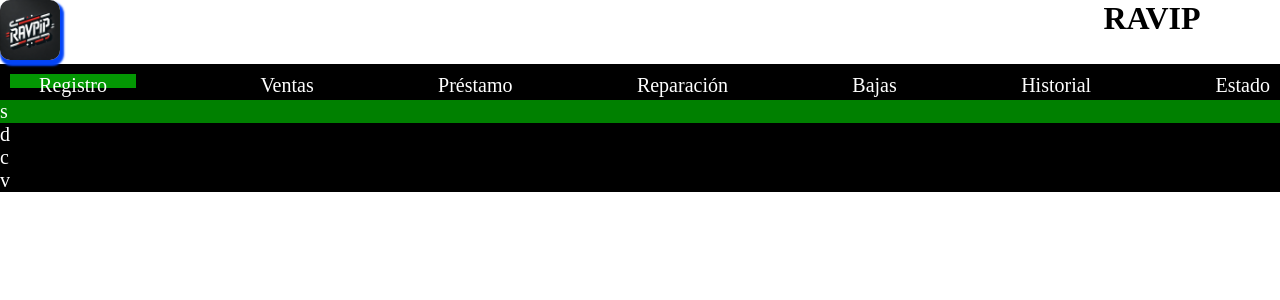
Repository: ye909/RAVPIP
Page: index.html
An editor plug-in stored every save of this project. The page is shown before and after the next save, followed by the edit.
The browser window is 1280 px wide. The pictures show the whole page.
The pointer rests on the first visible `li`.

Above is the page before, as saved 2025-04-03 12:40:46.

### index.html
<!DOCTYPE html>
<html lang="es">
<head>
    <meta charset="UTF-8">
    <meta name="viewport" content="width=device-width, initial-scale=1.0">
    <title>Estado</title>
    <link rel="stylesheet" href="./src/css/heder.css">
</head>
<body>

    <div class="containerTituloLogo">
        <div><img src="./src/imagenes/logo2.webp" alt="Logo" class="imglogo"></div>
        <h1>RAVIP</h1>

    </div>
    <nav>
        <ul>
            <li><a href="./src/templei/registroPortatil.html" target="_self" aria-label="Abrir Registro">Registro</a></li>
            <li><a href="./src/templei/ventasPortatil.html" target="_self" aria-label="Abrir Ventas">Ventas</a></li>
            <li><a href="./src/templei/prestamoPortatil.html" target="_self" aria-label="Abrir >Préstamo">Préstamo</a></li>
            <li><a href="./src/templei/reparacionPortatil.html" target="_self" aria-label="Abrir Reparación">Reparación</a></li>
            <li><a href="./src/templei/bajasPortatil.html" target="_self" aria-label="Abrir Bajas">Bajas</a></li>
            <li><a href="./src/templei/historial.html" target="_self" aria-label="Abrir Historial">Historial</a></li>
            <li><a href="" id="itemEstado"target="_self" aria-label="Abrir Estado">Estado</a></li>
        </ul>
    </nav>

       <aside>
        <div class="cajaverde">s</div>
       <div class="colormenu">
        <div>d</div>
        <div>c</div>
        <div></div>
        <div>v</div>
       </div>
       </aside>
       <section>

       </section>
<!--


    <div class="containerProgreso" id="containerProgreso">
        <div class="subcontainerProgreso"><p id="contadorProgreso1"><span class="tituloProceso">Historial</span> <br> 0%</p></div>
        <div class="subcontainerProgreso"><p id="contadorProgreso2"><span class="tituloProceso">Reparado</span> <br> 0%</p></div>
        <div class="subcontainerProgreso"><p id="contadorProgreso3"><span class="tituloProceso">Nuevo</span> <br> 0%</p></div>
        <div class="subcontainerProgreso"><p id="contadorProgreso4"><span class="tituloProceso">Disponible</span> <br> 0%</p></div>
        <div class="subcontainerProgreso"><p id="contadorProgreso5"><span class="tituloProceso">Stock</span> <br> 0%</p></div>
    </div>

    <div>
        <aside>
<div>color verde</div>

        </aside>
    </div> -->
    <script src="./src/js/heder.js"></script>
</body>
</html>

### src/css/heder.css
*{
  margin: 0;
  padding: 0;
  background-attachment: fixed;
  background-size: cover;
}
.containerTituloLogo {
  display: flex;
  justify-content: space-between;
}
.containerTituloLogo h1 {
  font-size: clamp(2rem, 6vw ,2rem );
  text-align: center;
  flex-grow: 1;

}
.containerTituloLogo img{
width: min(60px, 100%);
border-radius:10px ;
box-shadow: 2px 4px 2px 2px rgb(3, 68, 247);
}
nav{
  width: 100%;
  background:black;
  height: 5vh;

}
ul{
  display: flex;
  justify-content: space-between;
  text-align: center;
  flex-flow: row;
  flex-wrap: wrap;
  padding: 10px;
  list-style: none;
}
li:hover{
  background:rgb(3, 151, 3);
 width: 10%;
 height: 2vh;
}
 a{
  text-decoration: none;
  font-size: 20px;;
  color:white;
}
aside{
  font-size: 20px;
  color:white;
}
.cajaverde{
  width: 100%;
  background:green;
}
.colormenu{
  background:black;
}
/*


header {
    background-color: #f8f9fa;
    padding: 5px;
    border-bottom: 1px solid #dddddd;
    display: flex;
    flex-direction: column;
    align-items: center;
    gap: 10px;
}


.containerTituloLogo,.containerProgreso{
    display: flex;
    justify-content: center;
    align-items: center;
    gap: 20px;
    flex-wrap: wrap;
    width: 100%;
    padding: 20px;
}
.imglogo {
    object-fit: cover;
    width: 70px;
    height: auto;
    flex-shrink: 0;
    border-radius: 6px;
}

nav ul {
    display: flex;
    justify-content: center;
    gap: 15px;
    list-style: none;
    padding: 0;
    margin: 0;
    flex-wrap: wrap;
}

nav ul li {

    padding: 5px 10px;
    cursor: pointer;
}
a{
    text-decoration: none;
}
a:hover{
    border-bottom:black 2px solid;
}
.containerProgreso{


    display: none;
}

 .containerProgreso p {
    text-align: center;
    font-size: clamp(0.7rem, 7vw ,0.7rem );
    font-weight: bolder;
}

 .subcontainerProgreso{
    width: 4%;
    height: 7vh;
    background: rgb(254, 251, 251);
    padding: 10px;
    border-radius: 80px;
 box-shadow: 1px 1px 1px 1px black;
    border-top: 2px solid #0817f5;
    border-left: 2px solid #1bf806;
} */
<<<<<<< HEAD

  /* Estilo general
  body {
    font-family: 'Arial', sans-serif;
    background-color: #f4f4f4;
    color: #333;
  }

  Estilo de la cabecera
  header {
    background-color: #333;
    color: white;
    padding: 20px 0;
    display: flex;
    justify-content: space-between;
    align-items: center;
    padding: 10px 20px;
  }

  header .logo h1 {
    font-size: 30px;
  }

  header nav ul {
    list-style: none;
    display: flex;
    gap: 20px;
  }

  header nav ul li a {
    text-decoration: none;
    color: white;
    font-weight: bold;
  }

  Estilo de la sección de tarjetas
  .product-cards {
    padding: 50px 20px;
    text-align: center;
    background-color: #fff;
  }

  .product-cards h2 {
    margin-bottom: 30px;
    font-size: 28px;
  }

  .cards-container {
    display: grid;
    grid-template-columns: repeat(auto-fill, minmax(250px, 1fr));
    gap: 20px;
    justify-items: center;
  }

  .card {
    background-color: #fff;
    border-radius: 10px;
    box-shadow: 0 2px 10px rgba(0, 0, 0, 0.1);
    overflow: hidden;
    width: 300px;
    text-align: center;
    padding: 20px;
  }

  .card img {
    width: 100%;
    height: auto;
    border-radius: 10px;
  }

  .card h3 {
    margin: 15px 0;
    font-size: 22px;
  }

  .card p {
    font-size: 16px;
    margin-bottom: 20px;
  }

  .card button {
    background-color: #333;
    color: white;
    border: none;
    padding: 10px 20px;
    font-size: 16px;
    cursor: pointer;
    border-radius: 5px;
  }

  .card button:hover {
    background-color: #555;
  }

  /* Estilo de pie de página
  footer {
    background-color: #333;
    color: white;
    padding: 20px;
    text-align: center;
  }



.card img{
  object-fit: cover;
  width: min(100px,80%);
}
footer{
    display: flex;

}
.footer-content p {
    font-size: clamp(0.5m, 1vw, 0.6rem);
  }
=======

>>>>>>> alexcasa

### src/js/heder.js




// const itemEstado=document.getElementById('itemEstado');
// const containerProgreso=document.getElementById('containerProgreso');


// itemEstado.addEventListener('click',(e)=>{
//     e.preventDefault();
//     containerProgreso.style.display='inline';
//     containerProgreso.style.display='flex';
// });


// // Si deseas agregar una funcionalidad adicional como redirigir al usuario al hacer clic en los botones, puedes usar este código.

// const buttons = document.querySelectorAll('.card button');

// buttons.forEach(button => {
//   button.addEventListener('click', () => {
//     alert('Serás redirigido a la página del producto.');
//     // Aquí puedes redirigir al usuario a la página del producto
//     // window.location.href = 'producto.html'; // Por ejemplo
//   });
// });

After the next save:
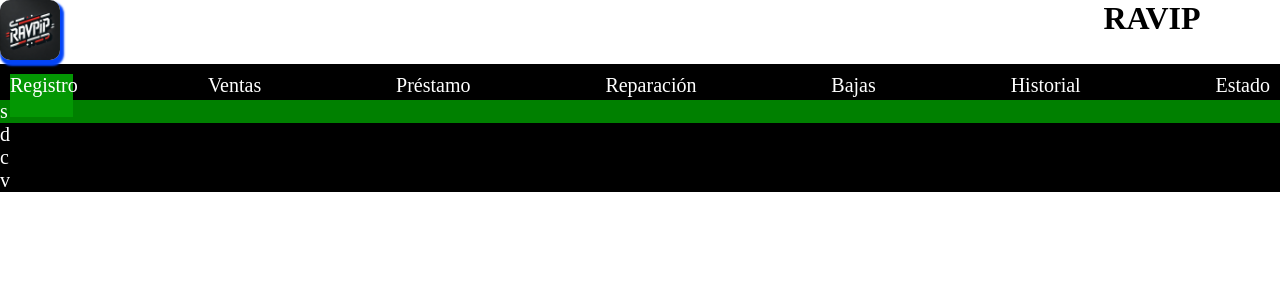
Saved 19 s later.
--- a/src/css/heder.css
+++ b/src/css/heder.css
@@ -36,8 +36,8 @@ ul{
 }
 li:hover{
   background:rgb(3, 151, 3);
- width: 10%;
- height: 2vh;
+ width: 5%;
+ height: 6vh;
 }
  a{
   text-decoration: none;
